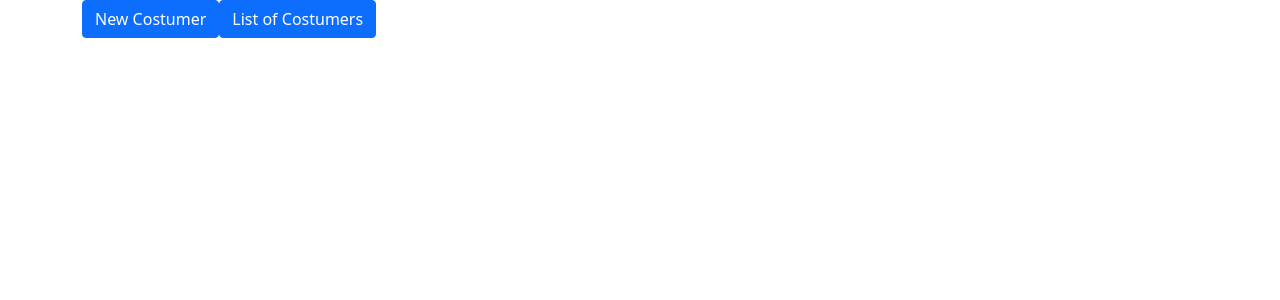
Repository: Sanjayjangra88/combo_app
Page: /
These files come from the project's save history. The page is drawn as it stood at one moment and after the next save; the edit follows.
The browser window is 1280 px wide. The pictures show the whole page.
Some web libraries are served in a nearby version. The project was rebuilt for these pictures with package versions that can differ from the ones it lists, and the page was loaded fresh each time. Also part of the build but not shown: src/App.js.

Above is the page before, as saved 2022-06-03 16:37:11.

After the next save:
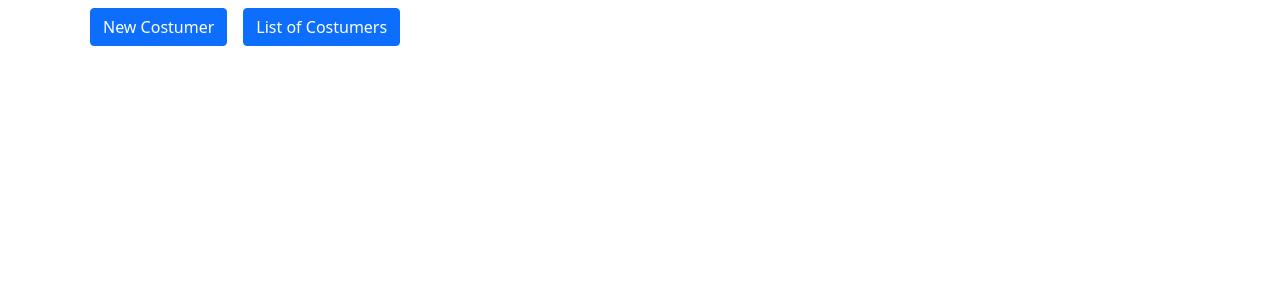
Saved 24 s later.
--- a/src/Components/dropDown6.jsx
+++ b/src/Components/dropDown6.jsx
@@ -7,8 +7,8 @@ export class dropDown extends Component {
   render() {
     return (
       <div className='container'>
-        <button className='btn btn-primary'>New Costumer</button>
-        <button className='btn btn-primary'>List of Costumers</button>
+        <button className='btn btn-primary m-2'>New Costumer</button>
+        <button className='btn btn-primary m-2'>List of Costumers</button>
 
       </div>
     )
